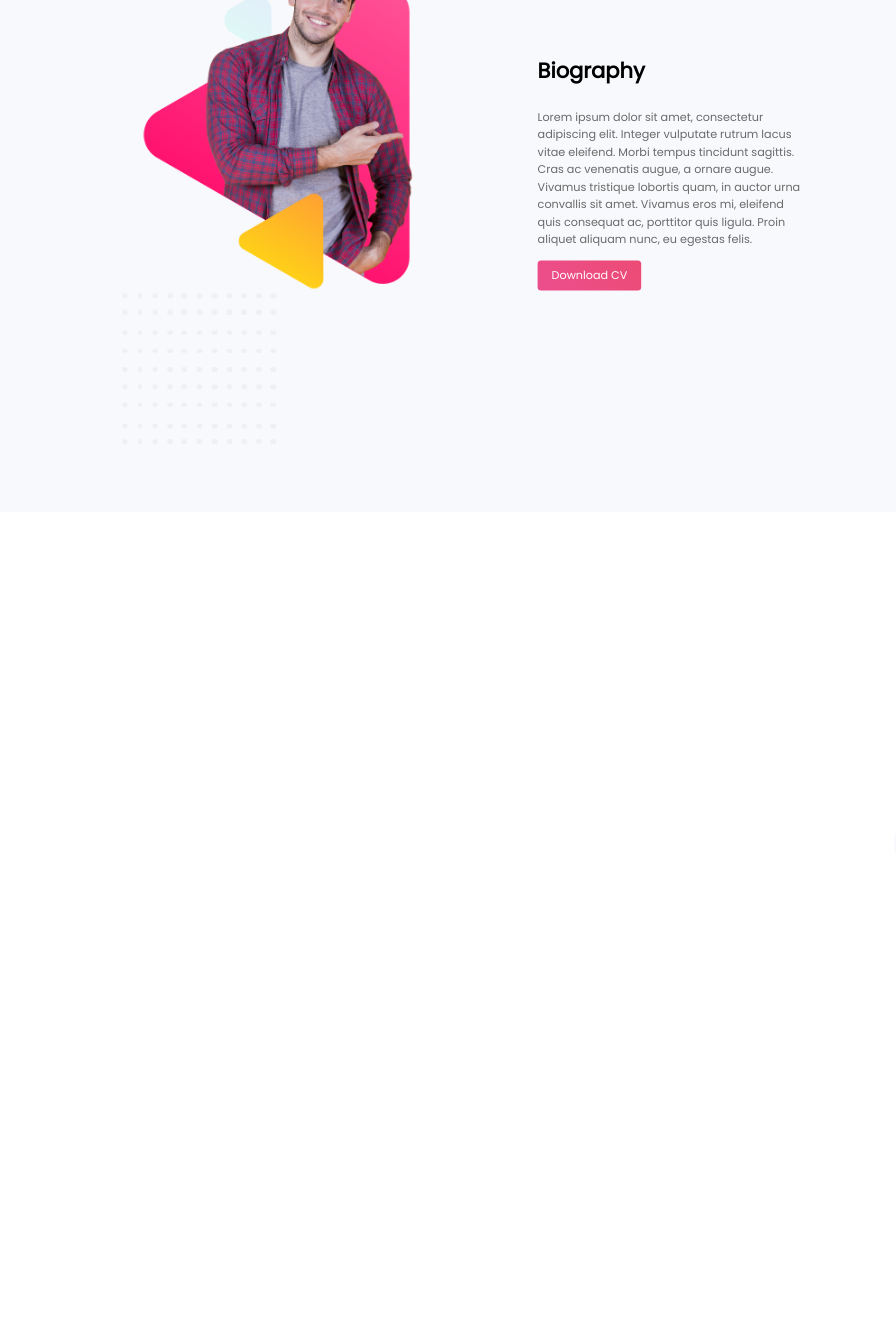
Repository: mohsinfarabi/personal-website
Page: index.html
These files come from the project's save history. The page is drawn as it stood at one moment and after the next save; the edit follows.
The browser window is 1280 px wide. The pictures show the part of the page from y = 1193 to 3113 px (the page is 3150 px tall before and 3180 px after), at 70% of full size.

Above is the page before, as saved 2020-07-01 16:05:15.

### index.html
<!DOCTYPE html>
<html lang="en">

<head>
    <meta charset="UTF-8">
    <meta name="viewport" content="width=device-width, initial-scale=1.0">
    <link href="https://fonts.googleapis.com/css2?family=Poppins" rel="stylesheet">
    <link rel="stylesheet" href="style.css">
    <title>Farabi - Web Developer</title>
</head>

<body>
    <section class="header-banner">
        <div class="half-width half-width-content">
            <h3>Hello I'm</h3>
            <h2>Mohsin Farabi</h2>
            <p>You might saw me jumping, climbing buildings, and stopping trains. But nobody pays me a dime for that work. That's why I am learning and mastering web development. I will not stop until I become the Web Development Hero.</p>
            <a class="link-button" target="_blank" href="https://www.linkedin.com/in/mohsin-farabi-68655040/">HIRE ME</a>
        </div>

        <div class="img-width">
            <img src="images/peter.png" alt="">
        </div>
    </section>
    <section class="biography">
        <div class="half-width">
            <img src="images/peter_dream.png" alt="">
        </div>
        <div class="half-width half-width-content">
            <h3>Biography</h3>
            <p>Lorem ipsum dolor sit amet, consectetur adipiscing elit. Integer vulputate rutrum lacus vitae eleifend. Morbi tempus tincidunt sagittis. Cras ac venenatis augue, a ornare augue. Vivamus tristique lobortis quam, in auctor urna convallis sit
                amet. Vivamus eros mi, eleifend quis consequat ac, porttitor quis ligula. Proin aliquet aliquam nunc, eu egestas felis.</p>
            <a class="link-button" target="_blank" href="https://www.facebook.com/farabi.mohsin">Download CV</a>

        </div>
    </section>
    <section class="latest-work">

    </section>



</body>

</html>

### style.css
body {
    margin: 0;
    font-family: 'Poppins', sans-serif;
    width: 100%;
    height: 100%;
}

h2 {
    font-size: 50px;
    color: #ec4b74;
}

h3 {
    font-size: 30px;
}

p {
    color: dimgray;
    margin-bottom: 7%;
}

.half-width {
    width: 30%;
    float: left;
    margin-left: 5%;
    padding: 5%;
}

.half-width-content {
    padding-top: 15%;
    margin-left: 10%;
}

.half-width img {
    width: 100%;
    height: 100%;
    padding-left: 20%;
}

.img-width {
    width: 35%;
    float: left;
    margin-left: 2%;
    margin-top: 10%;
    padding-left: 0;
}

.img-width img {
    width: 100%;
    height: 100%;
}

.showcase-width {
    padding: 5%;
}

section {
    height: 900px;
    padding-bottom: 150px;
}

.link-button {
    text-decoration: none;
    background-image: linear-gradient(45deg, #ec4e8d, #ec4b74);
    padding: 10px 20px;
    border-radius: 5px;
    color: white;
    font-weight: 400;
}

.header-banner {
    background-image: url("images/header-bg.png");
    background-repeat: no-repeat;
}

.biography {
    background-image: url("images/biography-bg.png");
    background-repeat: no-repeat;
}

.latest-work {
    background-image: url("images/latest-work-bg.png");
    background-repeat: no-repeat;
}

After the next save:
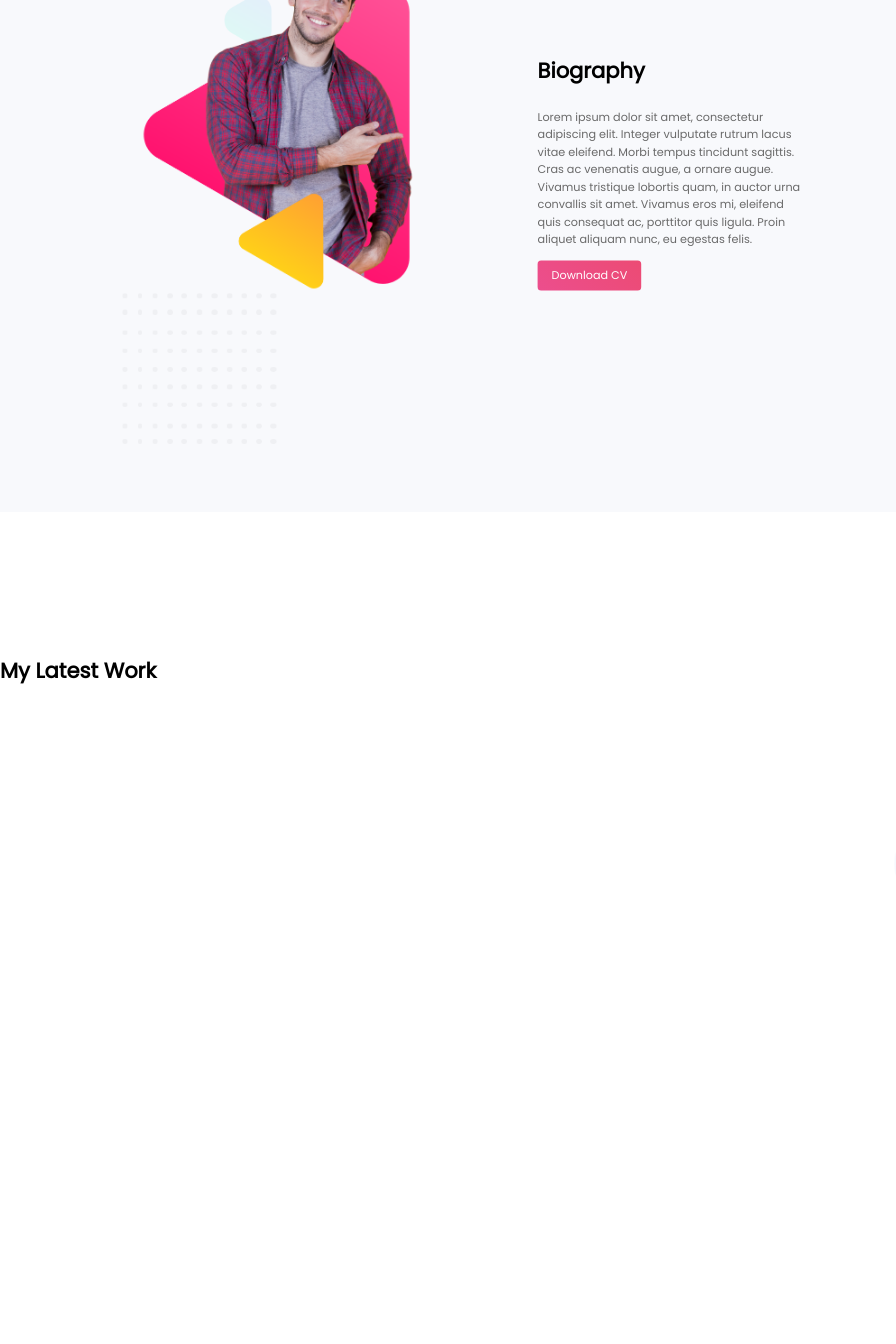
Saved 32 s later.
--- a/index.html
+++ b/index.html
@@ -35,6 +35,7 @@
         </div>
     </section>
     <section class="latest-work">
+        <h3>My Latest Work</h3>
 
     </section>
 
